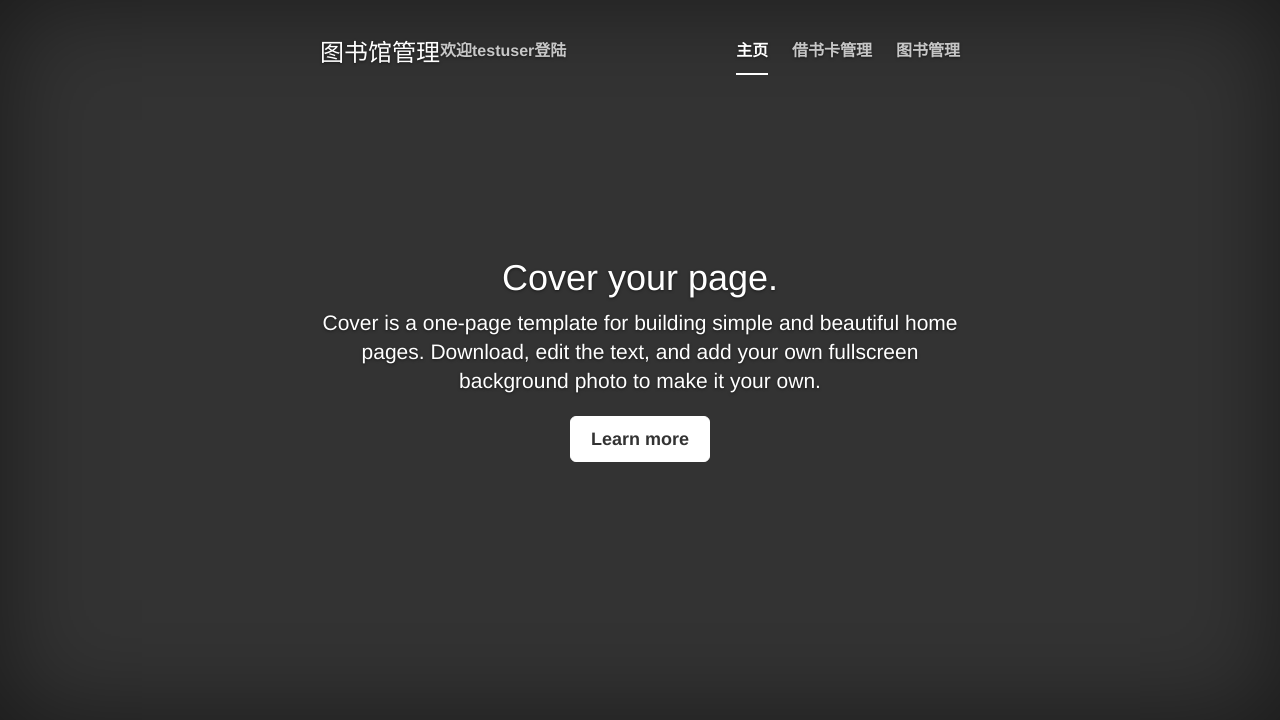
Repository: chaice/code
Page: http://localhost/web6/home
These files come from the project's save history. The page is drawn as it stood at one moment and after the next save; the edit follows.
The browser window is 1280 px wide. The pictures show the whole page.
Some web libraries are served in a nearby version. The page is served by Tomcat 9. The session is filled in as if someone had signed in: {"username": "testuser"}.

Above is the page before, as saved 2016-06-01 09:41:07.

After the next save:
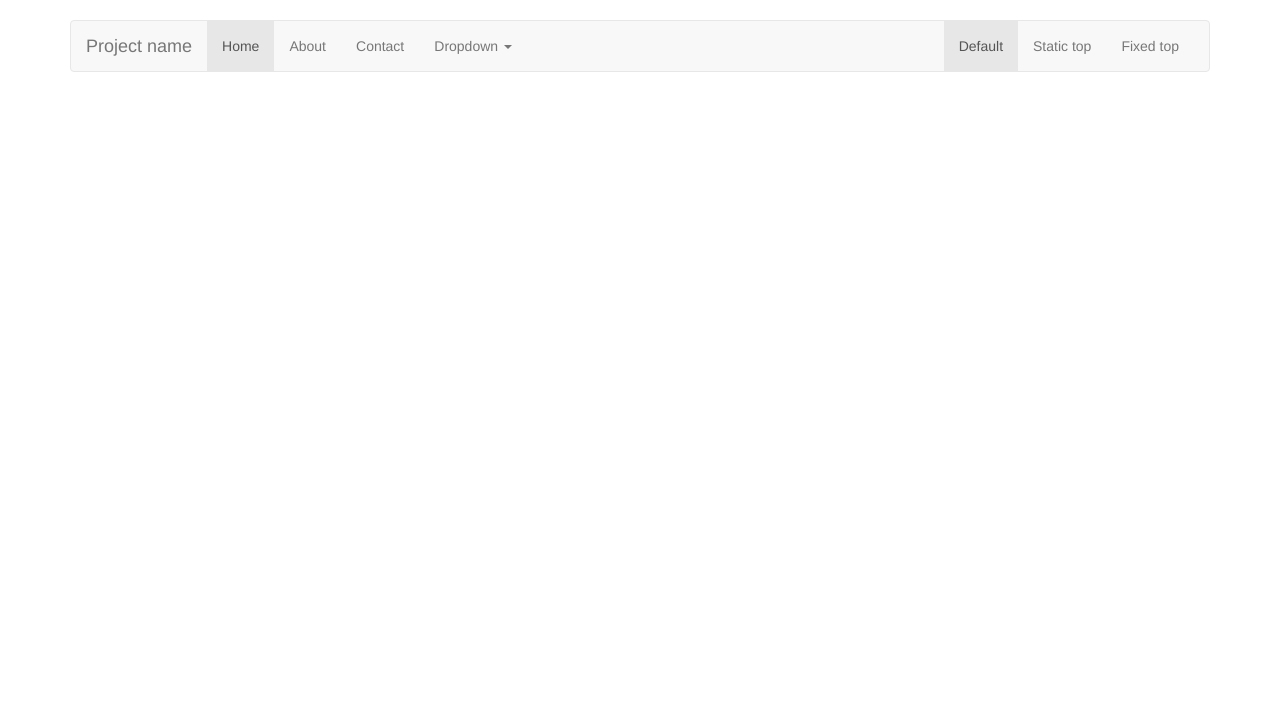
Saved 3 min 11 s later.
--- a/web6/WebContent/WEB-INF/views/home.jsp
+++ b/web6/WebContent/WEB-INF/views/home.jsp
@@ -1,23 +1,71 @@
 <%@ page language="java" contentType="text/html; charset=UTF-8"
-    pageEncoding="UTF-8"%>
+	pageEncoding="UTF-8"%>
 <!DOCTYPE html>
 <html>
 <head>
 <meta charset="UTF-8">
 <title>主页</title>
-   <%@include file="head.jsp"%>
-          <div class="inner cover">
-            <h1 class="cover-heading">Cover your page.</h1>
-            <p class="lead">Cover is a one-page template for building simple and beautiful home pages. Download, edit the text, and add your own fullscreen background photo to make it your own.</p>
-            <p class="lead">
-              <a href="#" class="btn btn-lg btn-default">Learn more</a>
-            </p>
-          </div>
-        </div>
-      </div>
-    </div>
-    <script src="//cdn.bootcss.com/jquery/1.11.3/jquery.min.js"></script>
-    <script src="//cdn.bootcss.com/bootstrap/3.3.5/js/bootstrap.min.js"></script>
+<link href="//cdn.bootcss.com/bootstrap/3.3.5/css/bootstrap.min.css"
+	rel="stylesheet">
+<style>
+body {
+  padding-top: 20px;
+  padding-bottom: 20px;
+}
+
+.navbar {
+  margin-bottom: 20px;
+}
+</style>
+</head>
+
+<body>
+
+	<div class="container">
+
+		<!-- Static navbar -->
+		<nav class="navbar navbar-default">
+			<div class="container-fluid">
+				<div class="navbar-header">
+					<button type="button" class="navbar-toggle collapsed"
+						data-toggle="collapse" data-target="#navbar" aria-expanded="false"
+						aria-controls="navbar">
+						<span class="sr-only">Toggle navigation</span> <span
+							class="icon-bar"></span> <span class="icon-bar"></span> <span
+							class="icon-bar"></span>
+					</button>
+					<a class="navbar-brand" href="#">Project name</a>
+				</div>
+				<div id="navbar" class="navbar-collapse collapse">
+					<ul class="nav navbar-nav">
+						<li class="active"><a href="#">Home</a></li>
+						<li><a href="#">About</a></li>
+						<li><a href="#">Contact</a></li>
+						<li class="dropdown"><a href="#" class="dropdown-toggle"
+							data-toggle="dropdown" role="button" aria-haspopup="true"
+							aria-expanded="false">Dropdown <span class="caret"></span></a>
+							<ul class="dropdown-menu">
+								<li><a href="#">Action</a></li>
+								<li><a href="#">Another action</a></li>
+								<li><a href="#">Something else here</a></li>
+								<li role="separator" class="divider"></li>
+								<li class="dropdown-header">Nav header</li>
+								<li><a href="#">Separated link</a></li>
+								<li><a href="#">One more separated link</a></li>
+							</ul></li>
+					</ul>
+					<ul class="nav navbar-nav navbar-right">
+						<li class="active"><a href="./">Default <span
+								class="sr-only">(current)</span></a></li>
+						<li><a href="../navbar-static-top/">Static top</a></li>
+						<li><a href="../navbar-fixed-top/">Fixed top</a></li>
+					</ul>
+				</div>
+			</div>
+		</nav>
+	</div>
+	<script src="//cdn.bootcss.com/jquery/1.11.3/jquery.min.js"></script>
+	<script src="//cdn.bootcss.com/bootstrap/3.3.5/js/bootstrap.min.js"></script>
 
 </body>
 </html>
